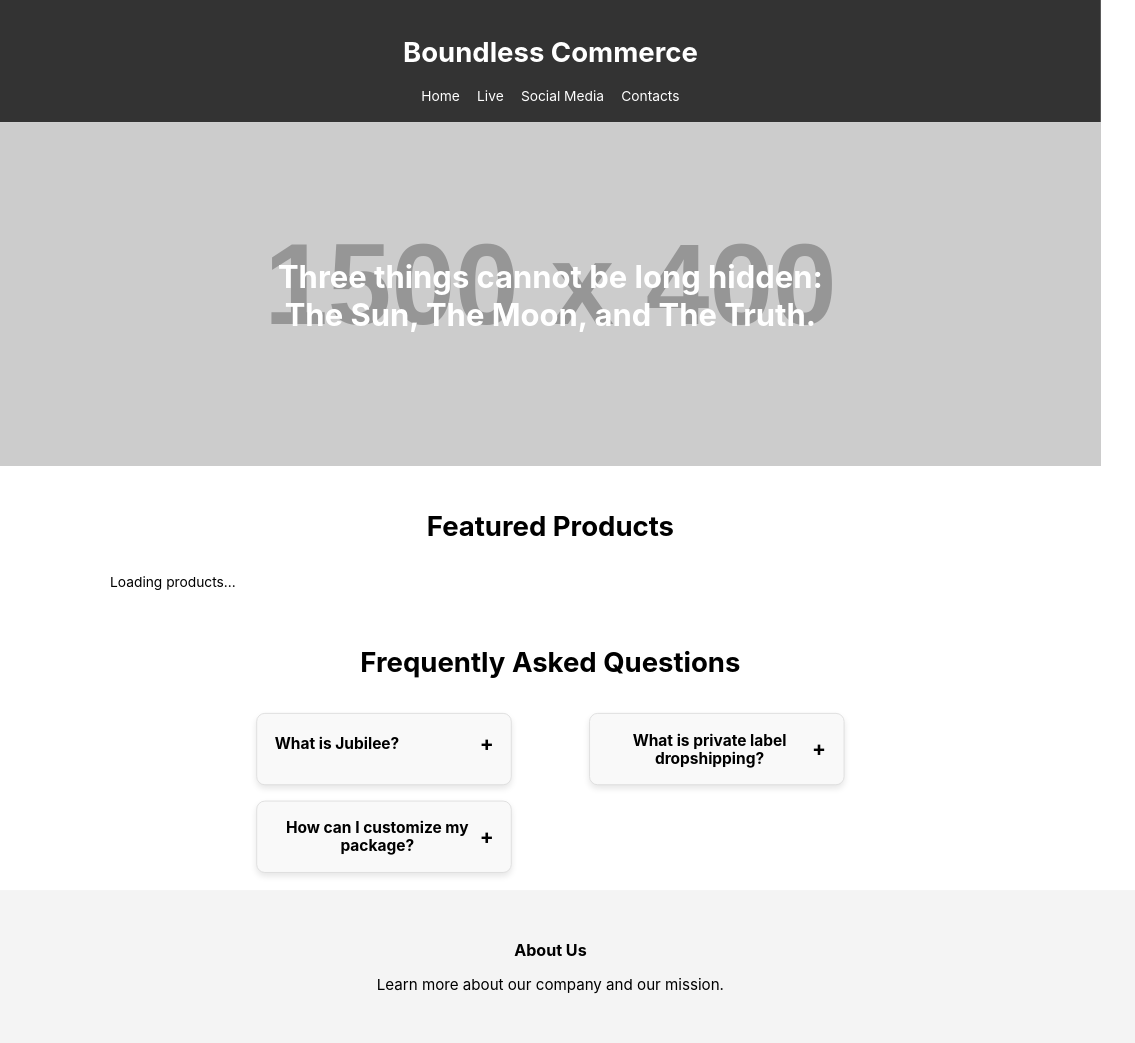
Repository: Nn-Exe/chunar-ecommerce
Page: / (app in ecommerce-frontend/)
These files come from the project's save history. The page is drawn as it stood at one moment and after the next save; the edit follows.
The browser window is 1280 px wide. The page is 1320 px wide, so the pictures cover 1320 px, including what lies to the right of the window. The pictures show the whole page, at 86% of full size.
The page's requests for data from a server got no answer. The project was rebuilt for these pictures with package versions that can differ from the ones it lists, and the page was loaded fresh each time. No one was signed in, and anything a server would have sent is missing.

Above is the page before, as saved 2024-09-11 14:01:05.

After the next save:
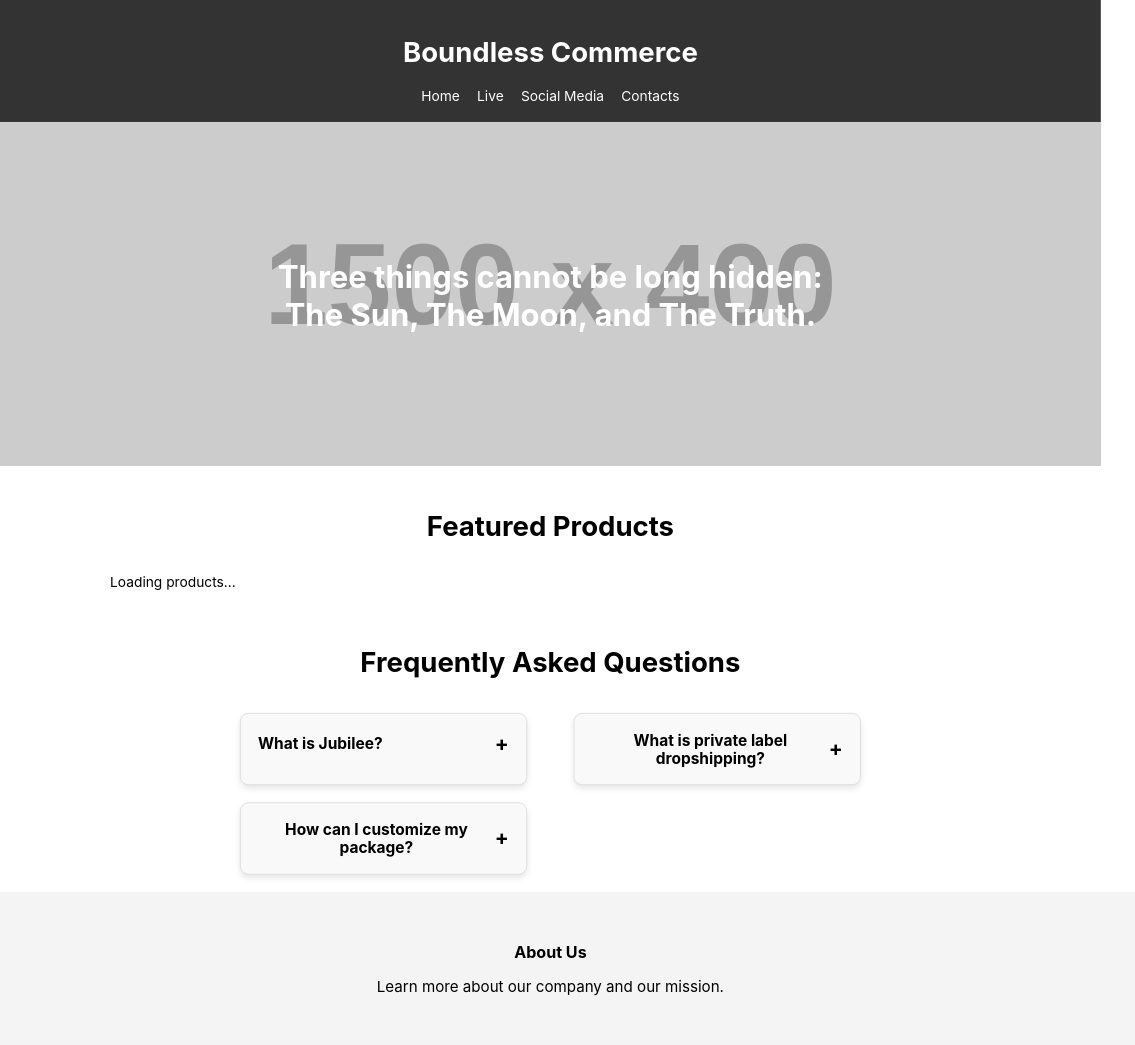
Saved 4 min 37 s later.
--- a/ecommerce-frontend/src/App.css
+++ b/ecommerce-frontend/src/App.css
@@ -141,7 +141,6 @@ nav ul li a {
 
 /* ----------- FAQ Section ---------------- */
 
-
 /* Center the FAQ section */
 .faq-section {
   max-width: 1200px;
@@ -159,24 +158,27 @@ nav ul li a {
 .faq-items {
   display: grid;
   grid-template-columns: repeat(2, 1fr); /* Two columns per row */
-  grid-column-gap: 1.125rem;
-  grid-row-gap: 1.125rem;
+  gap: 20px; /* Space between the FAQ items */
   justify-items: center; /* Center the items */
-
 }
 
 /* Style each FAQ item */
 .faq-item {
   border: 1px solid #ddd;
   border-radius: 10px;
-  width: 80%; /* Adjust the width of each bubble */
+  width: 90%; /* Adjust the width of each bubble */
   background-color: #f9f9f9;
   box-shadow: 0 4px 8px rgba(0, 0, 0, 0.1);
-  transition: all 0.3s ease; /* Smooth transition for hover and click */
+  transition: transform 330ms ease-in-out; /* Smooth scaling transition */
+  transform-origin: center; /* Ensures scaling happens from the center */
+}
+
+.faq-item.active {
+  transform: scaleX(1.05); /* Slightly scale on toggle */
 }
 
 .faq-item:hover {
-  transform: scale(1.02); /* Slightly enlarge on hover */
+  transform: scaleX(1.02); /* Slightly enlarge on hover */
 }
 
 /* Style the FAQ question (clickable area) */
